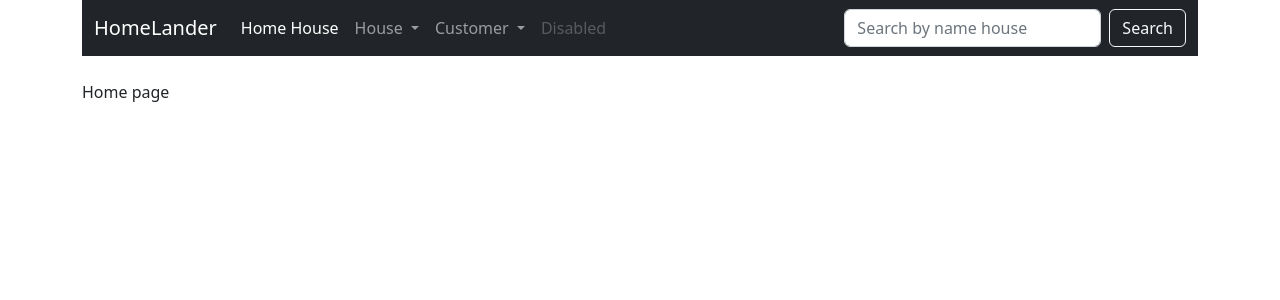
Repository: nguyenhung50497/MD3_caseStudy
Page: src/views/home.html
An editor plug-in stored every save of this project. The page is shown before and after the next save, followed by the edit.
The browser window is 1280 px wide. The pictures show the whole page.

Above is the page before, as saved 2023-01-04 08:19:18.

After the next save:
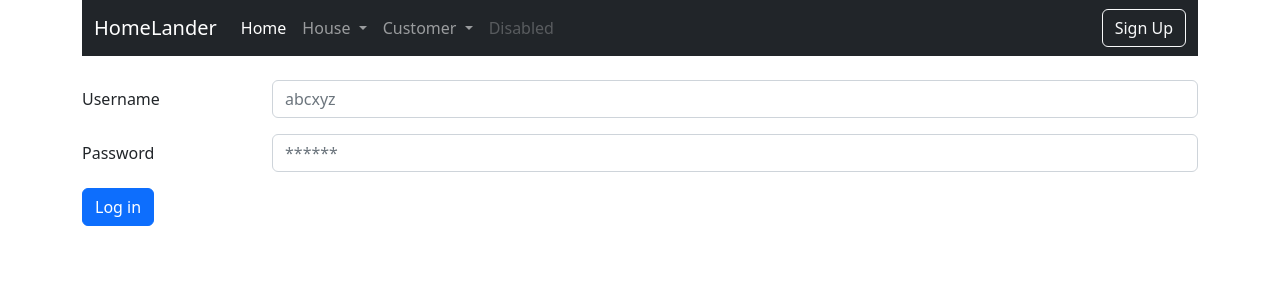
Saved 14 s later.
--- a/src/views/home.html
+++ b/src/views/home.html
@@ -17,7 +17,7 @@
           <div class="collapse navbar-collapse" id="navbarSupportedContent">
             <ul class="navbar-nav me-auto mb-2 mb-lg-0">
               <li class="nav-item">
-                <a class="nav-link active" aria-current="page" href="/house/home">Home House</a>
+                <a class="nav-link active" aria-current="page" href="/house/home">Home</a>
               </li>
               <li class="nav-item dropdown">
                 <a class="nav-link dropdown-toggle" href="#" role="button" data-bs-toggle="dropdown" aria-expanded="false">
@@ -46,15 +46,44 @@
                 <a class="nav-link disabled">Disabled</a>
               </li>
             </ul>
-            <form class="d-flex" role="search" method="post">
-              <input class="form-control me-2" name="search" type="search" placeholder="Search by name house" aria-label="Search">
-              <button class="btn btn-outline-light" type="submit">Search</button>
-            </form>
+            <a href="/customer/signup">
+              <button class="btn btn-outline-light" type="submit">Sign Up</button>
+            </a>
           </div>
         </div>
       </nav>
       <br>
-      Home page
+      <form action="/customer/login" method="post">
+        <div class="row mb-3">
+          <label for="inputEmail3" class="col-sm-2 col-form-label">Username</label>
+          <div class="col-sm-10">
+            <input type="text" name="userName" class="form-control" id="inputEmail3" placeholder="abcxyz">
+          </div>
+        </div>
+        <div class="row mb-3">
+          <label for="inputPassword3" class="col-sm-2 col-form-label">Password</label>
+          <div class="col-sm-10">
+            <input type="password" name="password" class="form-control" id="inputPassword3" placeholder="******">
+          </div>
+        </div>
+        <button type="submit" class="btn btn-primary" data-bs-toggle="modal" data-bs-target="#loginModal">Log in</button>
+      </form>
+      <div class="modal fade" id="loginModal" tabindex="-1" aria-labelledby="exampleModalLabel" aria-hidden="true">
+        <div class="modal-dialog">
+          <div class="modal-content">
+            <div class="modal-header">
+              <h1 class="modal-title fs-5" id="exampleModalLabel">Notification</h1>
+              <button type="button" class="btn-close" data-bs-dismiss="modal" aria-label="Close"></button>
+            </div>
+            <div class="modal-body">
+              Username or password is wrong! Please try again!
+            </div>
+            <div class="modal-footer">
+              <button type="button" class="btn btn-secondary" data-bs-dismiss="modal">Close</button>
+            </div>
+          </div>
+        </div>
+      </div>
     </div>
     <script src="https://cdn.jsdelivr.net/npm/bootstrap@5.2.3/dist/js/bootstrap.bundle.min.js" integrity="sha384-kenU1KFdBIe4zVF0s0G1M5b4hcpxyD9F7jL+jjXkk+Q2h455rYXK/7HAuoJl+0I4" crossorigin="anonymous"></script>
   </body>
